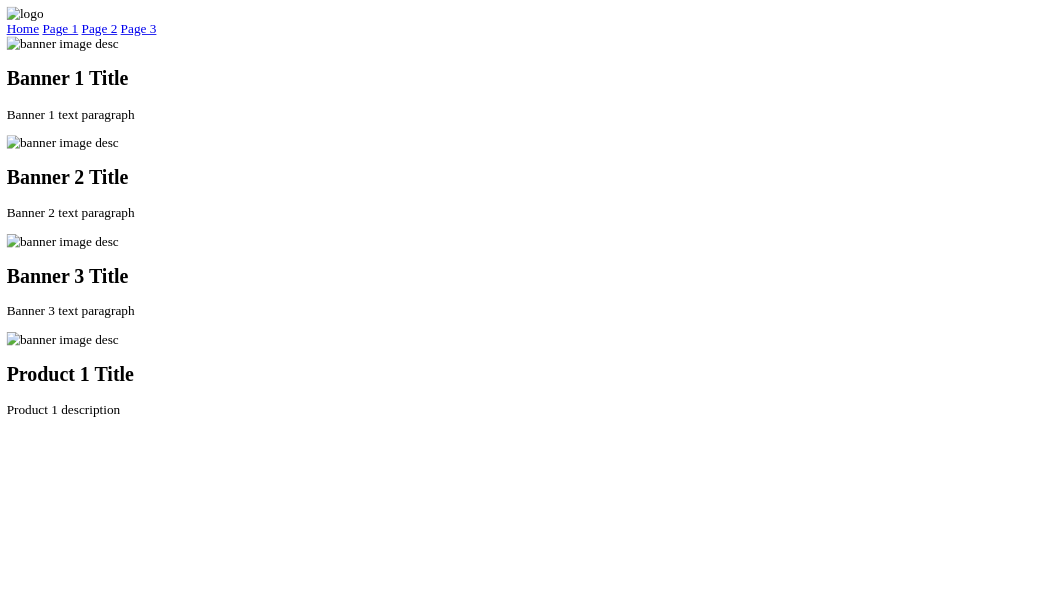
Repository: isaAJ05/wdd130
Page: week03/wireframe.html
An editor plug-in stored every save of this project. The page is shown before and after the next save, followed by the edit.
The browser window is 1280 px wide. The pictures show the whole page, at 83% of full size.

Above is the page before, as saved 2025-05-24 15:42:56.

After the next save:
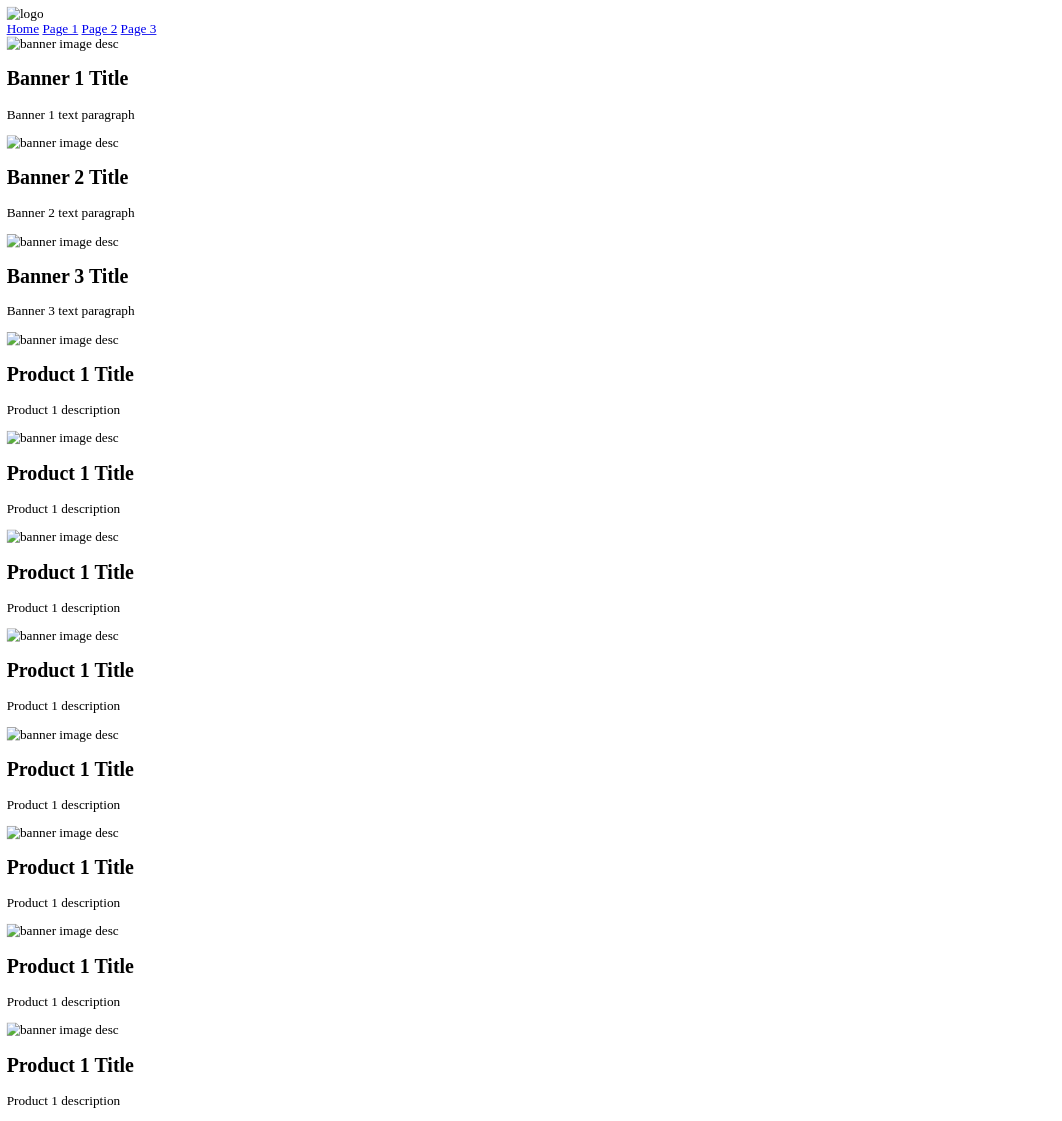
Saved 41 s later.
--- a/week03/wireframe.html
+++ b/week03/wireframe.html
@@ -41,6 +41,41 @@
                 <h2>Product 1 Title</h2>
                 <p>Product 1 description</p>
             </section>
+            <section class="product">
+                <img src=''alt= 'banner image desc'>
+                <h2>Product 1 Title</h2>
+                <p>Product 1 description</p>
+            </section>
+            <section class="product">
+                <img src=''alt= 'banner image desc'>
+                <h2>Product 1 Title</h2>
+                <p>Product 1 description</p>
+            </section>
+            <section class="product">
+                <img src=''alt= 'banner image desc'>
+                <h2>Product 1 Title</h2>
+                <p>Product 1 description</p>
+            </section>
+            <section class="product">
+                <img src=''alt= 'banner image desc'>
+                <h2>Product 1 Title</h2>
+                <p>Product 1 description</p>
+            </section>
+            <section class="product">
+                <img src=''alt= 'banner image desc'>
+                <h2>Product 1 Title</h2>
+                <p>Product 1 description</p>
+            </section>
+            <section class="product">
+                <img src=''alt= 'banner image desc'>
+                <h2>Product 1 Title</h2>
+                <p>Product 1 description</p>
+            </section>
+            <section class="product">
+                <img src=''alt= 'banner image desc'>
+                <h2>Product 1 Title</h2>
+                <p>Product 1 description</p>
+            </section>
         </div>
     </main>
     <footer>
